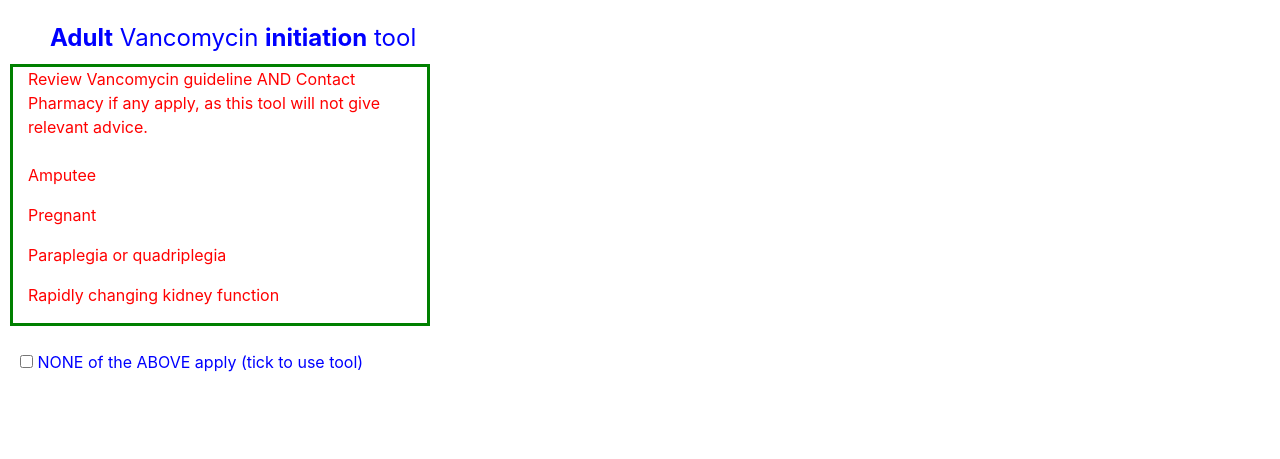
Repository: Mismiles/project-clinical-calculator
Page: index.html
The author's editor kept a record of every edit. The page is drawn from the files as they stood at one moment, then again after the next edit.
The browser window is 1280 px wide. The pictures show the whole page.

Above is the page before.
Console error: TypeError: Cannot read properties of null (reading 'setAttribute')

After the next edit:
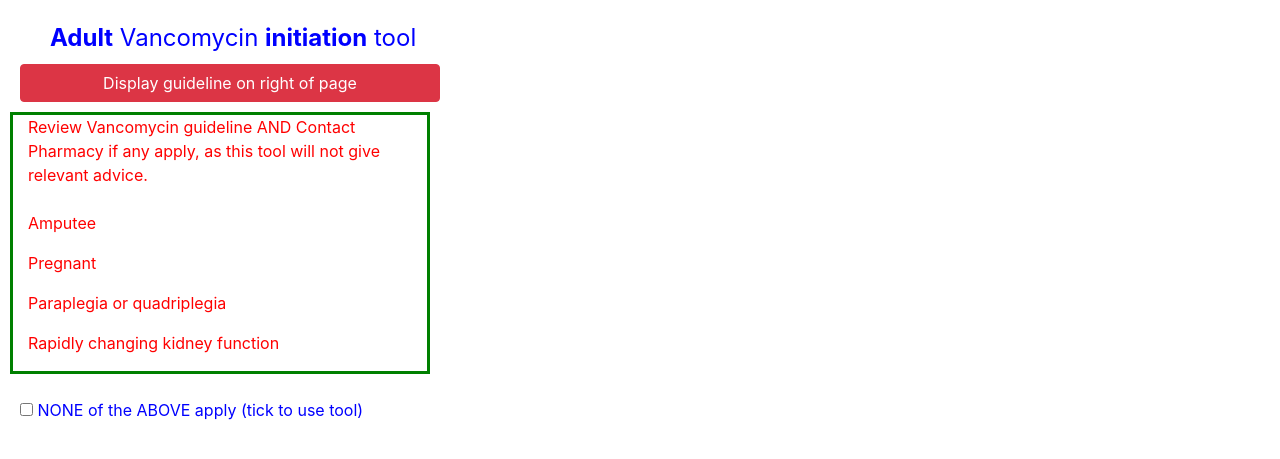
The edit:
--- a/index.html
+++ b/index.html
@@ -28,6 +28,8 @@
 
 <!-- Form Name -->
 <legend><b>Adult</b> Vancomycin <b>initiation</b> tool</legend>
+<button class="col-md-4 btn btn-danger" id="gbutton" name="vancGuidline" type="button"
+onclick="showGuideline();" >Display guideline on right of page</button>
 
 
 <!-- Parameters -->
